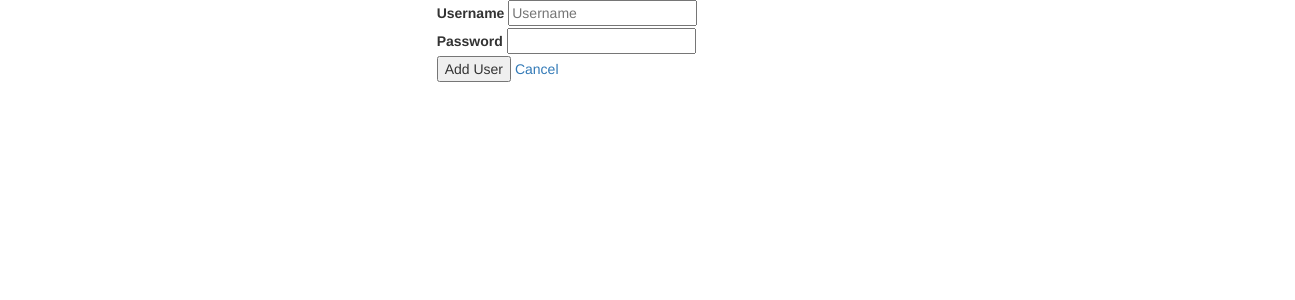
Repository: thefad3/python-mvc-firebase
Page: templates/adduser.html
The author's editor kept a record of every edit. The page is drawn from the files as they stood at one moment, then again after the next edit.
The browser window is 1280 px wide. The page is 1295 px wide, so the pictures cover 1295 px, including what lies to the right of the window. The pictures show the whole page.

Above is the page before.
Console error (its wording comes from the project's code and is left out).

### templates/adduser.html
<link href="//maxcdn.bootstrapcdn.com/bootstrap/3.3.2/css/bootstrap.min.css" rel="stylesheet">
<script src="//maxcdn.bootstrapcdn.com/bootstrap/3.3.2/js/bootstrap.min.js"></script>
<div class="row">
        <div class="col-md-4"></div>
        <div class="col-md-4">
<form enctype="multipart/form-data" action="/signupAction" method="post">
        <label>Username</label>
        <input type="text" name="username" placeholder="Username" required>
        <br>
        <label>Password</label>
        <input type="password" name="password" required>
        <br>
        <input type="submit" value="Add User">
        <a href="/">Cancel</a>
</form>
</div>
<div class="col-md-4"></div>
</div>

After the next edit:
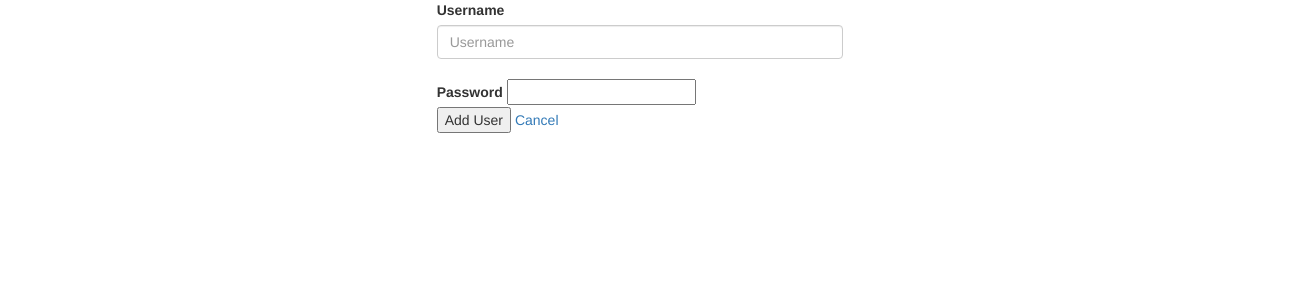
The edit:
--- a/templates/adduser.html
+++ b/templates/adduser.html
@@ -5,7 +5,7 @@
         <div class="col-md-4">
 <form enctype="multipart/form-data" action="/signupAction" method="post">
         <label>Username</label>
-        <input type="text" name="username" placeholder="Username" required>
+        <input type="text" name="username" class="form-control" placeholder="Username" required>
         <br>
         <label>Password</label>
         <input type="password" name="password" required>
